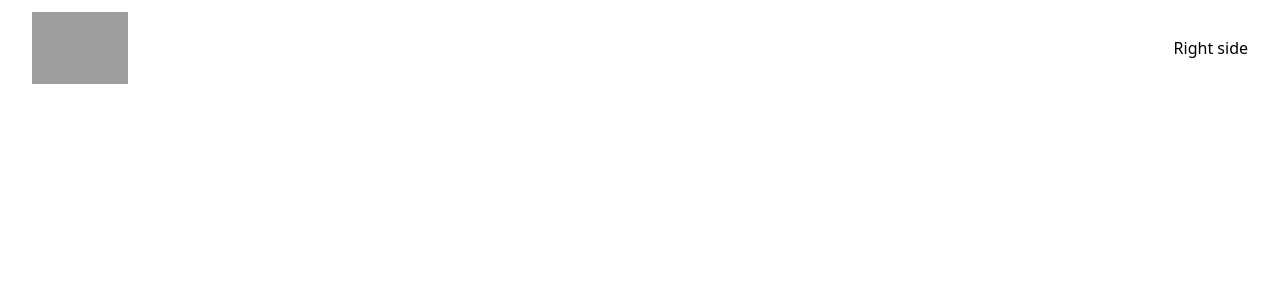
Repository: Mardoqueu/insta-v1
Page: /
An editor plug-in stored every save of this project. The page is shown before and after the next save, followed by the edit.
The browser window is 1280 px wide. The pictures show the whole page.
Pictures or frames that could not be fetched are drawn as grey boxes. The project was rebuilt for these pictures with package versions that can differ from the ones it lists, and the page was loaded fresh each time. The framework's server and built-in components were replaced by stand-ins that run in the browser. Also part of the build but not shown: next.config.js.

Above is the page before, as saved 2022-08-25 09:11:24.

After the next save:
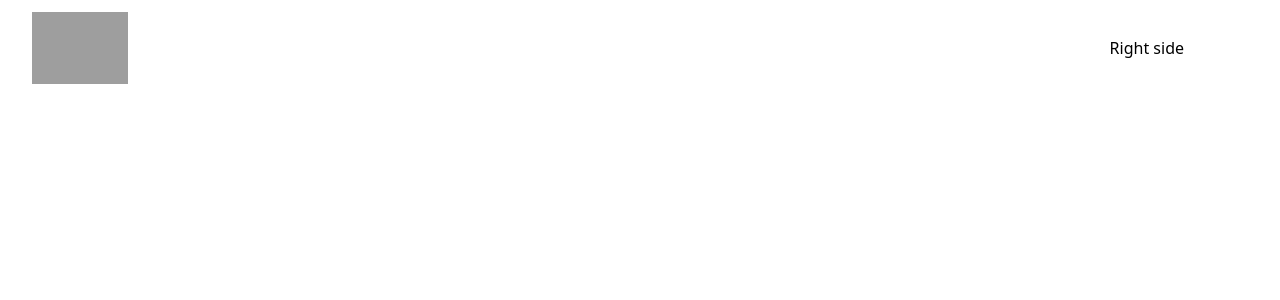
Saved 18 s later.
--- a/pages/components/Header.js
+++ b/pages/components/Header.js
@@ -5,7 +5,7 @@
   return (
     <div className=''>
         {/*Left*/}
-        <div className="flex items-center justify-between">
+        <div className="flex items-center justify-between max-w-6xl">
             <div className="cursor-pointer h-24 w-24 relative hidden lg:inline-grid">
             <Image
                 src="http://www.jennexplores.com/wp-content/uploads/2015/09/Instagram_logo_black.png"
